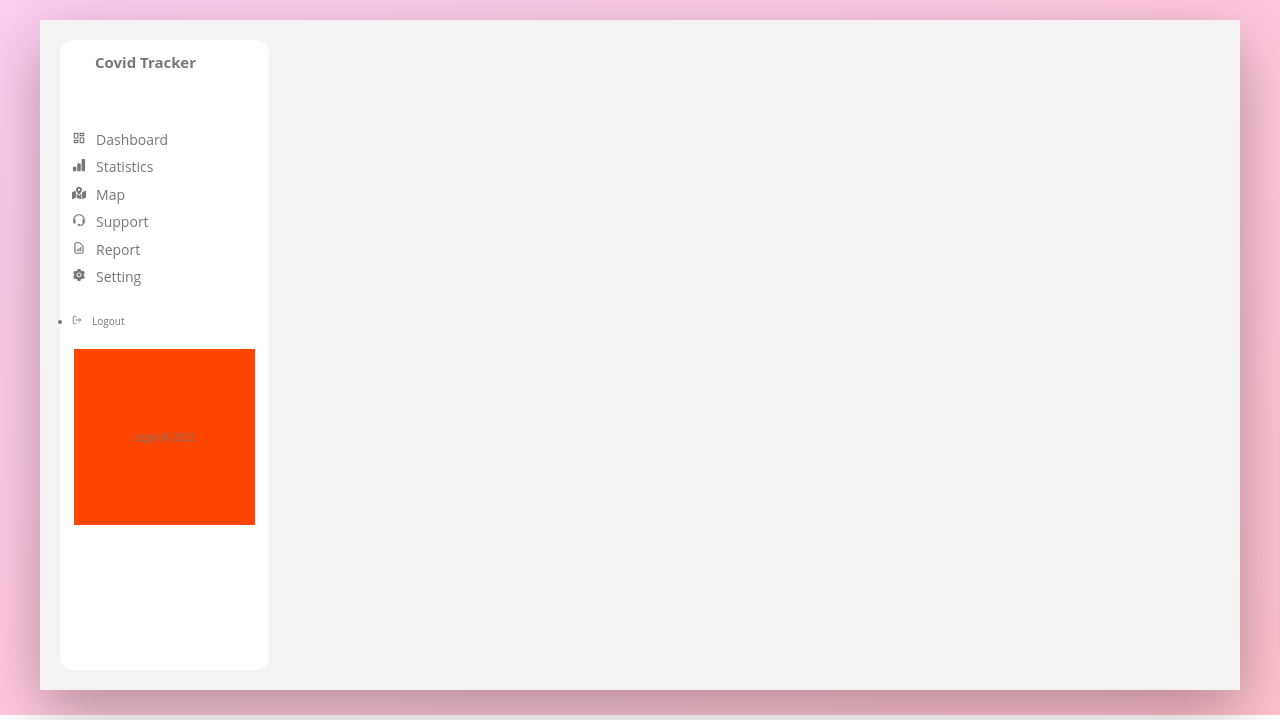
Repository: okidijimmy200/CovidAdminTracker
Page: /
An editor plug-in stored every save of this project. The page is shown before and after a run of saves, followed by the edit.
The browser window is 1280 px wide. The pictures show the whole page.
The project was rebuilt for these pictures with package versions that can differ from the ones it lists, and the page was loaded fresh each time.

Above is the page before, as saved 2022-06-16 12:14:44.

After the next 2 saves:
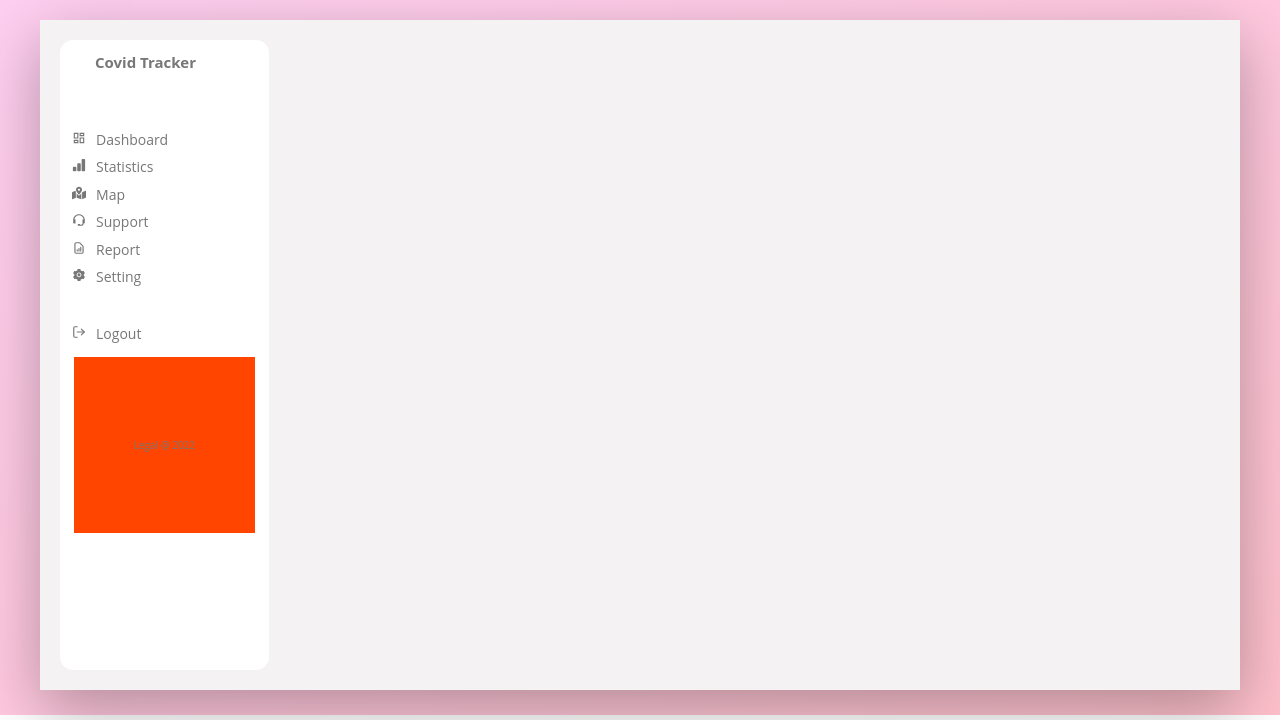
The 2 saves are shown as one change because they came seconds apart.
The last was saved 65 s later.
--- a/src/sidebar/sidebar.tsx
+++ b/src/sidebar/sidebar.tsx
@@ -69,7 +69,7 @@ export default function sidebar() {
         </ul>
             </div>
             <div>
-                <ul className="side-nav__1">
+                <ul className="side-nav ">
                 <li className="side-nav__item">
                 <span className="side-nav__icon">
                         {/* <use xlink:href="img/sprite.svg#icon-map"></use> */}
